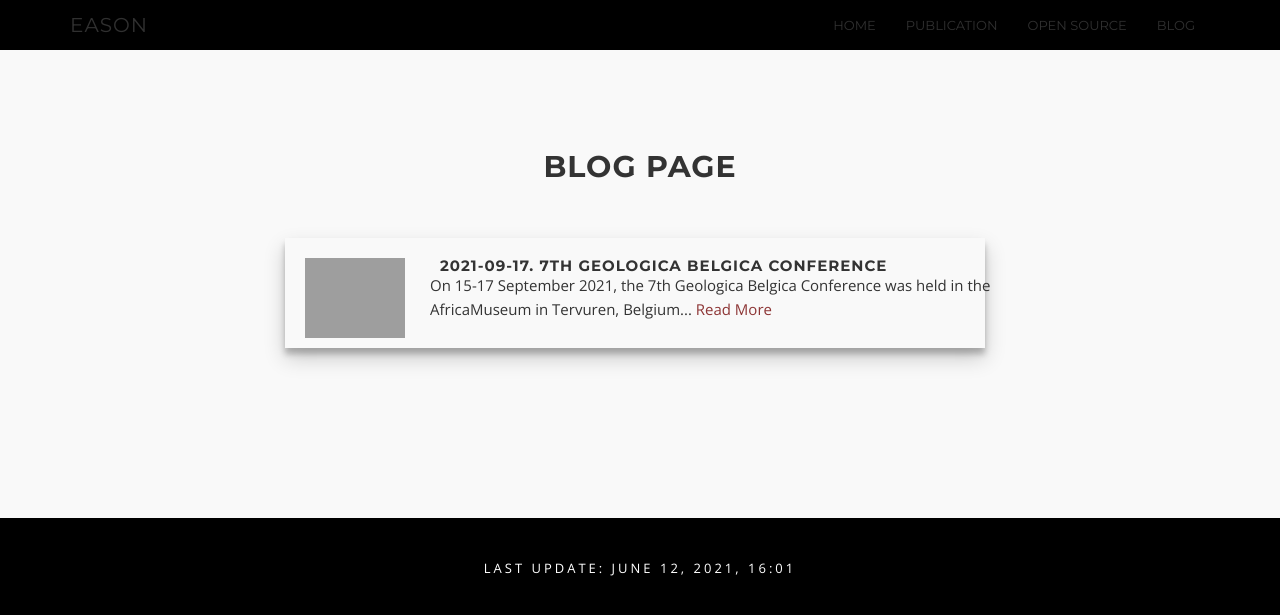
Repository: eazzzon/eazzzon.github.io
Page: blog.html
An editor plug-in stored every save of this project. The page is shown before and after the next save, followed by the edit.
The browser window is 1280 px wide. The pictures show the whole page.
Pictures or frames that could not be fetched are drawn as grey boxes.

Above is the page before, as saved 2021-09-18 13:30:53.

### blog.html
<!DOCTYPE html>
<html lang="en">
<head>
<meta charset="utf-8">
<meta http-equiv="X-UA-Compatible" content="IE=edge">
<meta name="viewport" content="width=device-width, initial-scale=1">
<meta name="description" content="">
<meta name="author" content="">
<title>yishen.zhang</title>
<!-- Bootstrap Core CSS -->
<link href="css/bootstrap.min.css" rel="stylesheet">
<!-- Custom CSS -->
<link href="css/theme.css" rel="stylesheet">
<!-- Custom Fonts -->
<link href="font-awesome/css/font-awesome.min.css" rel="stylesheet" type="text/css">
<link href="http://fonts.googleapis.com/css?family=Open+Sans:300,400,700,400italic,700italic" rel="stylesheet" type="text/css">
<link href="http://fonts.googleapis.com/css?family=Montserrat:400,700" rel="stylesheet" type="text/css">
<!-- HTML5 Shim and Respond.js IE8 support of HTML5 elements and media queries -->
<!-- WARNING: Respond.js doesn't work if you view the page via file:// -->
<!--[if lt IE 9]>
        <script src="https://oss.maxcdn.com/libs/html5shiv/3.7.0/html5shiv.js"></script>
        <script src="https://oss.maxcdn.com/libs/respond.js/1.4.2/respond.min.js"></script>
    <![endif]-->
</head>
<body id="page-top" data-spy="scroll" data-target=".navbar-fixed-top">
<!-- Navigation -->
<nav class="navbar navbar-custom navbar-fixed-top" role="navigation">
<div class="container">
	<div class="navbar-header">
		<button type="button" class="navbar-toggle" data-toggle="collapse" data-target=".navbar-main-collapse">
		<i class="fa fa-bars"></i>
		</button>
		<a class="navbar-brand page-scroll" href="index.html" style="color: #303030;">
		EASON </a>
	</div>
	<!-- Collect the nav links, forms, and other content for toggling -->
	<div class="collapse navbar-collapse navbar-right navbar-main-collapse">
		<ul class="nav navbar-nav" style="color: #303030;">
			<li>
			<a href="index.html">Home</a>
			</li>
			<li>
			<a href="publication.html">publication</a>
			</li>
			<li>
			<a href="opensource.html">open source</a>
			</li>
			<li>
			<a href="blog.html">blog</a>
			</li>
		</ul>
	</div>
	<!-- /.navbar-collapse -->
</div>
<!-- /.container -->
</nav>

<!-- Page Sample Section -->
<section id="page-sample">


<div class="container content-section text-left">
	<div class='container'>
		<div class="row">
			<h2 class="text-center">BLOG PAGE</h2>
			<div class="col-lg-8 col-lg-offset-2">
				<div class="post-box">
					<img class="box-img" src="https://geologicabelgica2021.africamuseum.be/sites/default/files/media/images/Logo%20Geologica%20Belgica.png" alt="lower crust foundering" />
					<div class="box-text">
						<a  href="post20210917.html">
							<h4 class="box-text">2021-09-17. 7th Geologica Belgica Conference </h4>
						</a>
						<p class="p2">On 15-17 September 2021, the 7th Geologica Belgica Conference was held in the AfricaMuseum in Tervuren, Belgium... <a href="post20210917.html" style="color:rgb(141, 53, 53);">Read More</a></p>
					</div>
				</div>
				</div>

			</div>
		</div>
	</div>
</div>
</section>




<!-- Footer -->
<footer>
<div class="container text-center">
	<p class="credits">
		last update: June 12, 2021, 16:01
	</p>
</div>
</footer>
<!-- jQuery -->
<script src="js/jquery.js"></script>
<!-- Bootstrap Core JavaScript -->
<script src="js/bootstrap.min.js"></script>
<!-- Plugin JavaScript -->
<script src="js/jquery.easing.min.js"></script>
<!-- Custom Theme JavaScript -->
<script src="js/theme.js"></script>
</body>
</html>

### css/theme.css
/* Aries v1.0 - by WowThemes.net */
body {
	width:100%;
	height:100%;
	font-family:Open Sans,"Helvetica Neue",Helvetica,Arial,sans-serif;
	color:#fff;
	background-color:#000;
	 font-weight:300;
}
html {
	width:100%;
	height:100%;
}
h1,h2,h3,h4,h5,h6 {
	margin:0 0 35px;
	text-transform:uppercase;
	font-family:Montserrat,"Helvetica Neue",Helvetica,Arial,sans-serif;
	font-weight:700;
	letter-spacing:1px;
}
p {
	margin:0 0 25px;
	font-size:18px;
	line-height:1.5;
}
@media(min-width:768px) {
	p {
		margin:0 0 35px;
		font-size:20px;
		line-height:1.6;
	}
}
a {
	color:inherit;
	-webkit-transition:all .2s ease-in-out;
	-moz-transition:all .2s ease-in-out;
	transition:all .2s ease-in-out;
}
a:hover,a:focus {
	text-decoration:none;
	color:inherit;
}
.light {
	font-weight:400;
}
.navbar-custom {
	margin-bottom:0;
	border-bottom:1px solid rgba(255,255,255,.3);
	text-transform:uppercase;
	font-family:Montserrat,"Helvetica Neue",Helvetica,Arial,sans-serif;
	background-color:#000;
}
.navbar-custom .navbar-brand {
	font-size:20px;
	text-transform:none;
	letter-spacing:1px;
}
.navbar-custom .navbar-brand:focus {
	outline:0;
}
.navbar-custom .navbar-brand .navbar-toggle {
	padding:4px 6px;
	font-size:16px;
	color:#fff;
}
.navbar-custom .navbar-brand .navbar-toggle:focus,.navbar-custom .navbar-brand .navbar-toggle:active {
	outline:0;
}
.navbar-custom a {
}
.navbar-custom .nav li a {
	-webkit-transition:background .3s ease-in-out;
	-moz-transition:background .3s ease-in-out;
	transition:background .3s ease-in-out;
}
.navbar-custom .nav li a:hover {
	outline:0;
	color:#1ba39c;
	background-color:transparent;
}
.navbar-custom .nav li a:focus,.navbar-custom .nav li a:active {
	outline:0;
	background-color:transparent;
}
.navbar-custom .nav li.active {
	outline:0;
}
.navbar-custom .nav li.active a {
	color:#1ba39c;
}
.navbar-custom .nav li.active a:hover {
	color:#1ba39c;
}
@media(min-width:768px) {
	.navbar-custom {
		padding:20px 0;
		border-bottom:0;
		font-size:13px;
		background:0 0;
		-webkit-transition:background .5s ease-in-out,padding .5s ease-in-out;
		-moz-transition:background .5s ease-in-out,padding .5s ease-in-out;
		transition:background .5s ease-in-out,padding .5s ease-in-out;
	}
		 .navbar-custom.top-nav-collapse {
		 padding:0;
		border-bottom:1px solid rgba(255,255,255,.3);
		color:#333;
			background:#fff;
	}
	.navbar-custom.top-nav-collapse a {
		color:#333;
		display:inline-block;
	}
}
.intro {
	display:table;
	width:100%;
	height:auto;
	padding:100px 0 100px 0;
	text-align:center;
	color:#fff;
	background-image:radial-gradient(circle at 50% 50%,rgba(95, 94, 94, 0.46),rgba(56, 56, 56, 0.88)), url('labelled.png');
	-webkit-background-size:cover;
	-moz-background-size:cover;
	background-size:cover;
	-o-background-size:cover;
}
.intro .intro-body {
	display:table-cell;
	vertical-align:middle;
}
.intro .intro-body .brand-heading {
	font-size:40px;
}
.intro .intro-body .intro-text {
	font-size:18px;
}
@media(min-width:768px) {
	.intro {
		height:100%;
		padding:0;
	}
	.intro .intro-body .brand-heading {
		font-size:60px;
		margin-top:90px;
		margin-bottom:20px;
		border-top:2px solid #fff;
		border-bottom:2px solid #fff;
		display:inline-block;
		padding:10px 0;
	}
	.intro .intro-body .intro-text {
		font-size:20px;
			font-weight:300;
			letter-spacing:3px;
	}
}
.btn-circle {
	width:50px;
	height:50px;
	margin-top:15px;
	line-height:40px;
	text-align:center;
	border:2px solid #fff;
	border-radius:100%!important;
	font-size:20px;
	color:#fff;
	background:0 0;
	-webkit-transition:background .3s ease-in-out;
	-moz-transition:background .3s ease-in-out;
	transition:background .3s ease-in-out;
}
.btn-circle:hover,.btn-circle:focus {
	outline:0;
	color:#fff;
	background:rgba(255,255,255,.1);
}
.btn-circle i.animated {
	-webkit-transition-property:-webkit-transform;
	-webkit-transition-duration:1s;
	-moz-transition-property:-moz-transform;
	-moz-transition-duration:1s;
}
.btn-circle:hover i.animated {
	-webkit-animation-name:pulse;
	-moz-animation-name:pulse;
	-webkit-animation-duration:1.5s;
	-moz-animation-duration:1.5s;
	-webkit-animation-iteration-count:infinite;
	-moz-animation-iteration-count:infinite;
	-webkit-animation-timing-function:linear;
	-moz-animation-timing-function:linear;
}
@-webkit-keyframes pulse {
	0% {
		-webkit-transform:scale(1);
		transform:scale(1);
	}
	50% {
		-webkit-transform:scale(1.2);
		transform:scale(1.2);
	}
	100% {
		-webkit-transform:scale(1);
		transform:scale(1);
	}
}
@-moz-keyframes pulse {
	0% {
		-moz-transform:scale(1);
		transform:scale(1);
	}
	50% {
		-moz-transform:scale(1.2);
		transform:scale(1.2);
	}
	100% {
		-moz-transform:scale(1);
		transform:scale(1);
	}
}
.content-section {
	padding:40px 0;
	clear:both;
}
@media(min-width:767px) {
	.content-section {
		padding:150px 0;
			 clear:both;
	}
}
.btn {
	border-radius:0;
	text-transform:uppercase;
	font-family:Montserrat,"Helvetica Neue",Helvetica,Arial,sans-serif;
	font-weight:400;
	-webkit-transition:all .3s ease-in-out;
	-moz-transition:all .3s ease-in-out;
	transition:all .3s ease-in-out;
}
.btn-default {
	border:1px solid #42dca3;
	color:#42dca3;
	background-color:transparent;
}
.btn-default:hover,.btn-default:focus {
	border:1px solid #42dca3;
	outline:0;
	color:#000;
	background-color:#42dca3;
}
ul.banner-social-buttons {
	margin-top:0;
}
@media(max-width:1199px) {
	ul.banner-social-buttons {
		margin-top:15px;
	}
}
@media(max-width:767px) {
	ul.banner-social-buttons li {
		display:block;
		margin-bottom:20px;
		padding:0;
	}
	ul.banner-social-buttons li:last-child {
		margin-bottom:0;
	}
}
footer {
	padding:40px 0;
	z-index:1;
	position:relative;
	clear:both;
}
footer p {
	margin:0;
	font-size:15px;
}
footer p.credits {
	text-transform:uppercase;
	font-size:13px;
	letter-spacing:3px;
}
::-moz-selection {
	text-shadow:none;
	background:#fcfcfc;
	background:rgba(255,255,255,.2);
}
::selection {
	text-shadow:none;
	background:#fcfcfc;
	background:rgba(255,255,255,.2);
}
img::selection {
	background:0 0;
}
img::-moz-selection {
	background:0 0;
}
body {
	webkit-tap-highlight-color:rgba(255,255,255,.2);
}
.bgblue {
	background:#22292c;
}
.inlineblock {
	display:inline-block;
}
p:last-child {
	margin-bottom:0;
}
p.lead {
	line-height:1.9;
}
.btnghost {
	border:2px solid #333;
	background-color:transparent;
	padding:15px 20px;
	letter-spacing:3px;
	font-size:12px;
	text-transform:uppercase;
	font-weight:400;
	color:#333;
	margin-top:20px;
	display:inline-block;
}
.btnghost:hover {
	background-color:#333;
	color:#fff;
	border:2px solid #333;
}
.bgcover {
	background-size:cover;
	background-repeat:no-repeat;
	position:relative;
}
img {
	max-width:100%;
}
.gallery ul {
	padding:0;
	margin:0;
}
.gallery img {
	max-width:100%;
	height:auto;
	padding:0;
	margin:0;
}
.gallery ul li {
	margin:0;
	position:relative;
	list-style:none;
	float:left;
	padding:0;
}
.gallery ul li a {
	display:block;
	position:relative;
	width:100%;
	height:100%;
	margin:0;
	padding:0;
	line-height:0;
}
.gallery ul li a:before {
	position:absolute;
	width:32px;
	height:32px;
	top:40%;
	left:50%;
	margin:-14px 0 0 -16px;
	/* background: url(data:[embedded picture, 2228 characters]) no-repeat; */
	content:"";
	opacity:0;
	z-index:1;
	-webkit-transition:all 0.3s linear;
	-moz-transition:all 0.3s linear;
	transition:all 0.3s linear;
}
.gallery ul li a:hover:before {
	top:50%;
	opacity:1;
}
.gallery ul li a:after {
	position:absolute;
	width:100%;
	top:0;
	bottom:0;
	background:rgba(0,0,0,0.3);
	content:"";
	opacity:0;
	-webkit-transition:all 0.3s linear;
	-moz-transition:all 0.3s linear;
	transition:all 0.3s linear;
}
.gallery ul li a:hover:after {
	opacity:1;
}
section:after {
	float:none;
	clear:both;
}
section {
	background-color:#f9f9f9;
	color:#333;
	overflow:hidden;
}
.done {
	display:none;
}
.error input,input.error,.error textarea,textarea.error {
	background-color:#ffffff;
	border-bottom:2px solid orangered !Important;
	-webkit-transition:border linear 0.2s,box-shadow linear 0.2s;
	-moz-transition:border linear 0.2s,box-shadow linear 0.2s;
	-o-transition:border linear 0.2s,box-shadow linear 0.2s;
	transition:border linear 0.2s,box-shadow linear 0.2s;
}

/* post-box style */
.post-box {
	width: 700px;
	height: 110px;
	margin: 20px;
	box-shadow: 0 10px 20px rgba(0, 0, 0, 0.19), 0 6px 6px rgba(0, 0, 0, 0.23);
  }

  .box-img {
	width: 100px;
	height: 80px;
	padding: 0px;
	margin: 20px;
  }

  .box-text {
	margin: 0px;
	position: absolute;
	font-size: 15px;
	padding: 50px;
	top: -5px;
	left: 70px;
  }

  .p {
	padding: 50px;
	margin: 10px;
	position: relative;
	bottom: 100px;
	left: 90px;
  }

  .p2 {
	padding: px;
	margin: 10px;
	font-size: 15px;
	position: relative;
	left: 50px;
	bottom: 0px;
  }

### js/theme.js
// jQuery to collapse the navbar on scroll
$(window).scroll(function() {
    if ($(".navbar").offset().top > 50) {
        $(".navbar-fixed-top").addClass("top-nav-collapse");
    } else {
        $(".navbar-fixed-top").removeClass("top-nav-collapse");
    }
});

// jQuery for page scrolling feature - requires jQuery Easing plugin
$(function() {
    $('a.page-scroll').bind('click', function(event) {
        var $anchor = $(this);
        $('html, body').stop().animate({
            scrollTop: $($anchor.attr('href')).offset().top
        }, 1500, 'easeInOutExpo');
        event.preventDefault();
    });
});

// Closes the Responsive Menu on Menu Item Click
$('.navbar-collapse ul li a').click(function() {
    $('.navbar-toggle:visible').click();
});

Loaded but not shown: css/bootstrap.min.css (library); font-awesome/css/font-awesome.min.css (library); js/jquery.js (library); js/bootstrap.min.js (library); js/jquery.easing.min.js (library)

After the next save:
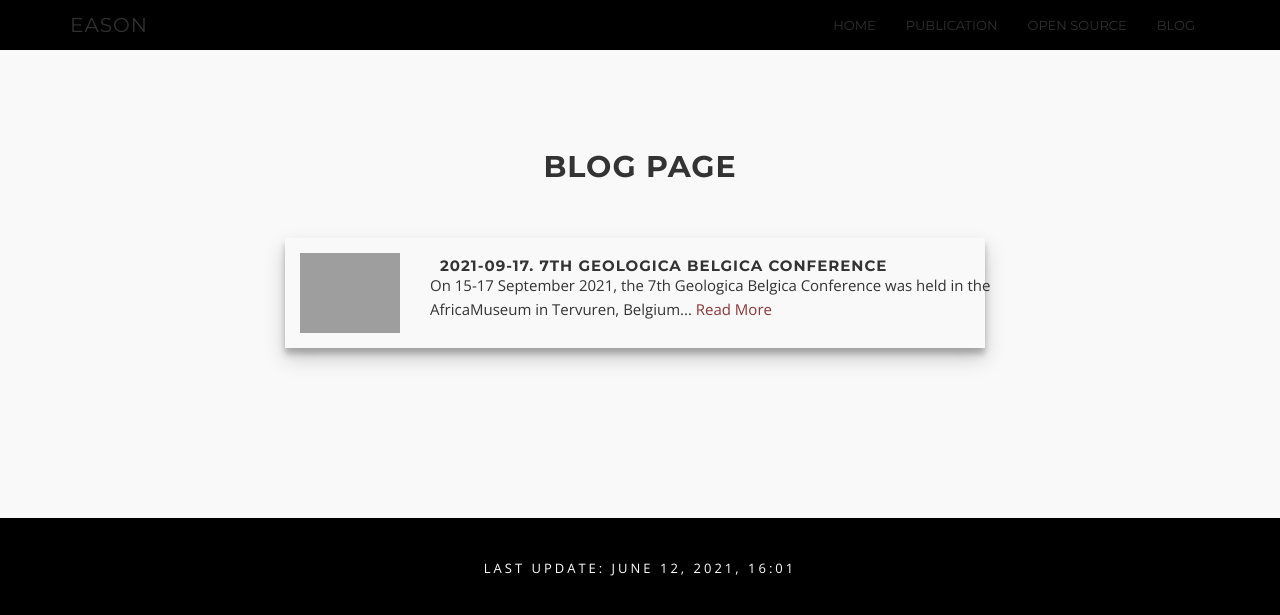
Saved 5 s later.
--- a/css/theme.css
+++ b/css/theme.css
@@ -431,7 +431,7 @@ section {
 	width: 100px;
 	height: 80px;
 	padding: 0px;
-	margin: 20px;
+	margin: 15px;
   }
 
   .box-text {
